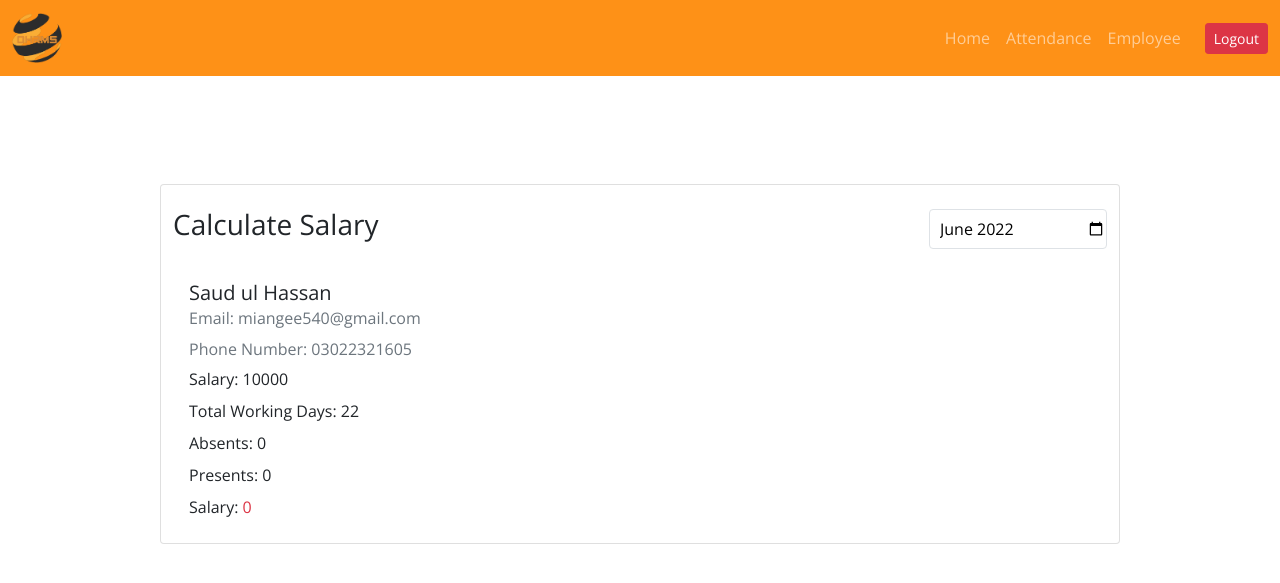
Repository: SaudCh/PHP-OHRMS
Page: http://localhost/admin/edit-salary?id=49
The author's editor kept a copy of each file at every save. The page is drawn from the files as they stood at one save, then again after the next save.
The browser window is 1280 px wide. The pictures show the whole page.
Some web libraries are served in a nearby version. The page is run by PHP 8.4 with error messages shown; the project is at /var/www/html/. The session is filled in as if someone had signed in: {"admin": "admin@ohrm.com"}. The database holds what the project's SQL file puts in it. Queries for data that is not in the repository find no rows.

Above is the page before, as saved 2022-06-07 00:27:28.

After the next save:
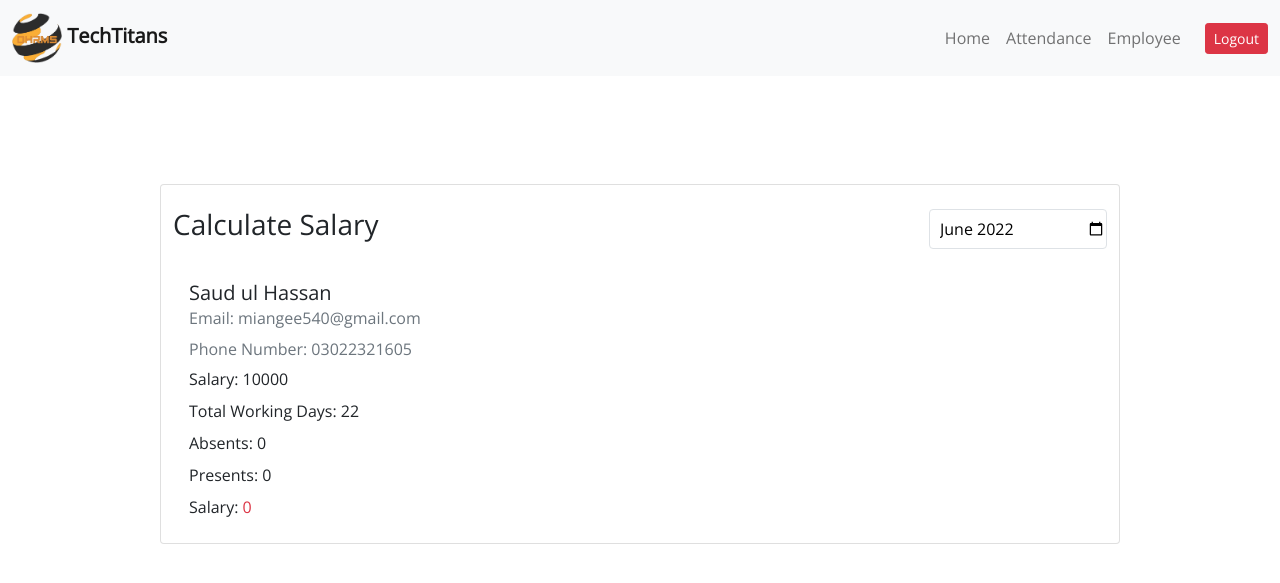
Saved 39 min 40 s later.
--- a/admin/assets/Components/header.php
+++ b/admin/assets/Components/header.php
@@ -10,10 +10,11 @@ if (isset($_SESSION['admin'])) {
     header("location: login");
 }
 ?>
-<nav class="navbar navbar-expand-lg navbar-dark" style="background-color: #fe9117;">
+<nav class="navbar navbar-expand-lg navbar-light bg-light">
     <div class="container-fluid">
         <a class="navbar-brand" href="index">
             <img src="../assets/images/logo.png" alt="logo" style="height: 50px;">
+            <span class="fw-bold">TechTitans</span>
         </a>
         <button class="navbar-toggler" type="button" data-bs-toggle="collapse" data-bs-target="#navbarSupportedContent" aria-controls="navbarSupportedContent" aria-expanded="false" aria-label="Toggle navigation">
             <span class="navbar-toggler-icon"></span>
@@ -39,6 +40,7 @@ if (isset($_SESSION['admin'])) {
             }
             ?>
 
+
         </div>
     </div>
 </nav>
